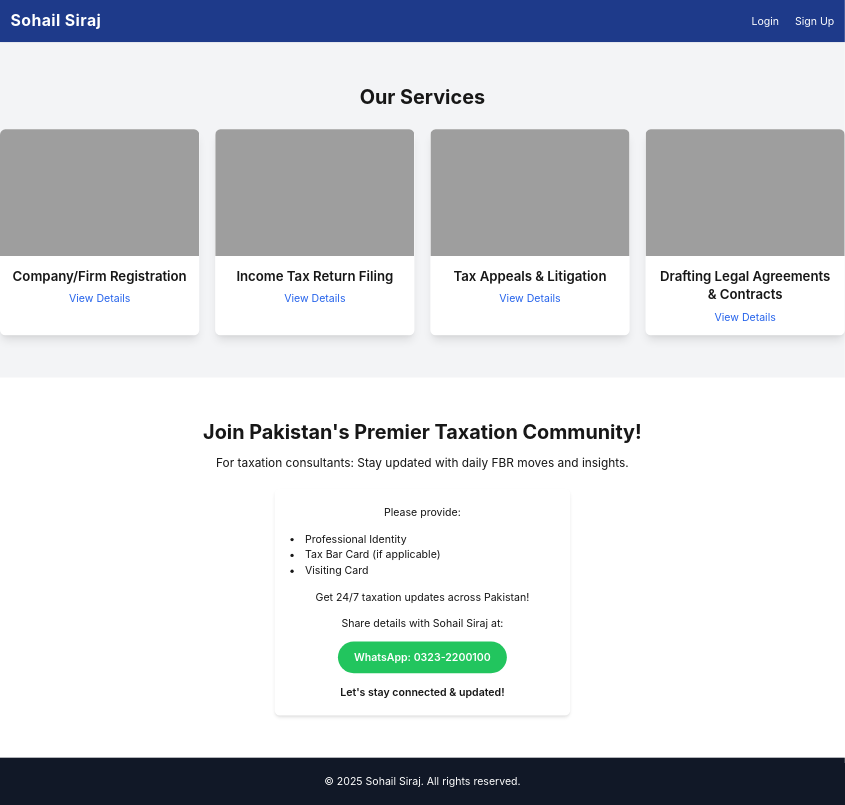
Repository: asadhaye/ss-tax
Page: /
These files come from the project's save history. The page is drawn as it stood at one moment and after the next save; the edit follows.
The browser window is 1280 px wide. The pictures show the whole page, at 66% of full size.
Pictures or frames that could not be fetched are drawn as grey boxes. The project was rebuilt for these pictures with package versions that can differ from the ones it lists, and the page was loaded fresh each time. The framework's server and built-in components were replaced by stand-ins that run in the browser. Also part of the build but not shown: next.config.mjs.

Above is the page before, as saved 2025-05-25 18:14:05.

### app/layout.tsx
import type { Metadata } from 'next';
import './globals.css';
import { Providers } from './providers'


export const metadata: Metadata = {
  title: 'Sohail Siraj',
  description: 'Professional tax consultancy services by Sohail Siraj, offering expert financial advice and solutions.',
};

export default function RootLayout({ children }: Readonly<{ children: React.ReactNode }>) {
  return (
    <html lang="en">
      <body>
        <Providers>
          {children}
        </Providers>
      </body>
    </html>
  )
}

### app/page.tsx
import Navbar from '../app/components/Navbar';
import Services from '../app/components/Services';
import JoinCommunity from '../app/components/JoinCommunity';
import Footer from '../app/components/Footer';
import AuthProvider from '../app/lib/AuthProvider';
export default function Home() {
  return (
    <AuthProvider>
      <Navbar />
      <Services />
      <JoinCommunity />
      <Footer />
    </AuthProvider>
  );
}

### app/globals.css
@tailwind base;
@tailwind components;
@tailwind utilities;

:root {
  --background: #ffffff;
  --foreground: #171717;
}

@media (prefers-color-scheme: dark) {
  :root {
    --background: #0a0a0a;
    --foreground: #ededed;
  }
}

body {
  background: var(--background);
  color: var(--foreground);
  font-family: -apple-system, BlinkMacSystemFont, 'Segoe UI', Roboto, sans-serif;
}

### app/providers.tsx
'use client';

import AuthProvider from './lib/AuthProvider';

export function Providers({ children }: Readonly<{ children: React.ReactNode }>) {
  return <AuthProvider>{children}</AuthProvider>;
}

### app/components/Navbar.tsx
'use client';

import React, { useContext } from 'react';
import Link from 'next/link';
import { useRouter } from 'next/navigation';
import { AuthContext, signOut } from '../lib/AuthProvider'

export default function Navbar() {
  const { user, setUser } = useContext(AuthContext)!;
  const router = useRouter();

  const handleLogout = async () => {
    await signOut();
    setUser(null);
    router.push('/login');
  };

  return (
    <nav className="bg-blue-900 text-white p-4 shadow-md">
      <div className="container mx-auto flex justify-between">
        <Link href="/" className="text-2xl font-bold tracking-wide">
          Sohail Siraj
        </Link>
        <div className="flex items-center space-x-6">
          {user ? (
            <>
              <Link href="/admin" className="hover:text-gray-300">
                Admin
              </Link>
              <button onClick={handleLogout} className="hover:text-gray-300">
                Logout
              </button>
            </>
          ) : (
            <>
              <Link href="/login" className="hover:text-gray-300">
                Login
              </Link>
              <Link href="/signup" className="hover:text-gray-300">
                Sign Up
              </Link>
            </>
          )}
        </div>
      </div>
    </nav>
  );
}

### app/components/Services.tsx
'use client';

import { useState, useEffect } from 'react';
import { getServices, Service } from '../lib/data';

export default function Services() {
  const [services, setServices] = useState<Service[]>([]);
  const [loading, setLoading] = useState(true);
  const [error, setError] = useState<string | null>(null);

  useEffect(() => {
    async function fetchServices() {
      try {
        const data = await getServices();
        setServices(data);
        setLoading(false);
      } catch (err) {
        const errorMessage = err instanceof Error ? err.message : 'Failed to load services';
        setError(errorMessage);
        setLoading(false);
        console.error('Error loading services:', err);
      }
    }

    fetchServices();
  }, []);

  if (loading) return <div>Loading services...</div>;
  if (error) return <div>Error: {error}</div>;

  return (
    <section id="services" className="py-16 bg-gray-100">
      <div className="container mx-auto text-center">
        <h2 className="text-3xl font-bold mb-8">Our Services</h2>
        <div className="grid grid-cols-1 sm:grid-cols-2 lg:grid-cols-4 gap-6">
          {services.map((service) => (
            <div key={service.id} className="bg-white shadow-lg rounded-lg overflow-hidden">
              <img
                src={service.img}
                alt={service.name}
                className="w-full h-48 object-cover"
                loading="lazy"
              />
              <div className="p-4">
                <h3 className="text-xl font-semibold mb-2">{service.name}</h3>
                <a href={service.link} className="text-blue-600 hover:underline">
                  View Details
                </a>
              </div>
            </div>
          ))}
        </div>
      </div>
    </section>
  );
}

### app/components/JoinCommunity.tsx
'use client';

import React from 'react';

export default function JoinCommunity() {

  return (
    <section id="community" className="py-16">
      <div className="container mx-auto text-center">
        <h2 className="text-3xl font-bold mb-4">Join Pakistan's Premier Taxation Community!</h2>
        <p className="text-lg mb-6">For taxation consultants: Stay updated with daily FBR moves and insights.</p>
        <div className="bg-white p-6 rounded-lg shadow-md max-w-md mx-auto">
          <p className="mb-4">Please provide:</p>
          <ul className="text-left list-disc list-inside mb-4">
            <li>Professional Identity</li>
            <li>Tax Bar Card (if applicable)</li>
            <li>Visiting Card</li>
          </ul>
          <p className="mb-4">Get 24/7 taxation updates across Pakistan!</p>
          <p className="mb-4">Share details with Sohail Siraj at:</p>
          <a
            href="https://wa.me/923232200100"
            className="bg-green-500 text-white px-6 py-3 rounded-full font-semibold hover:bg-green-600 inline-block"
          >
            WhatsApp: 0323-2200100
          </a>
          <p className="mt-4 font-semibold">Let's stay connected & updated!</p>
        </div>
      </div>
    </section>
  );
}

### app/components/Footer.tsx
import React from 'react';

export default function Footer() {
  return (
    <footer className="footer bg-gray-900 text-white p-6">
      <div className="container mx-auto text-center">
        <p>© {new Date().getFullYear()} Sohail Siraj. All rights reserved.</p>
      </div>
    </footer>
  );
}

### app/lib/AuthProvider.tsx
'use client';

import React, { useState, useEffect, createContext, useContext, useMemo } from 'react';
import { User } from './types';

interface AuthContextProps {
  user: User | null;
  setUser: React.Dispatch<React.SetStateAction<User | null>>;
}

const AuthContext = createContext<AuthContextProps | undefined>(undefined);

export const useAuth = () => {
  const context = useContext(AuthContext);
  if (!context) {
    throw new Error('useAuth must be used within an AuthProvider');
  }
  return context;
};

export async function signIn(email: string, password: string): Promise<{
  userId: string;
  email?: string;
  name?: string;
}> {
  // Placeholder: Implement Azure AD B2C or similar authentication
  throw new Error('Authentication not implemented');
}

export async function signUp(email: string, password: string): Promise<User> {
  // Placeholder: Implement Azure AD B2C or similar registration
  throw new Error('Registration not implemented');
}

export async function signOut(): Promise<void> {
  // Placeholder: Implement Azure AD B2C or similar sign-out
  throw new Error('Sign-out not implemented');
}

const AuthProvider: React.FC<{ children: React.ReactNode }> = ({ children }) => {
  const [user, setUser] = useState<User | null>(null);

  useEffect(() => {
    // Placeholder: Implement Azure AD B2C state change listener
    const unsubscribe = () => {};
    return unsubscribe;
  }, []);

  const value = useMemo(() => ({ user, setUser }), [user]);

  return (
    <AuthContext.Provider value={value}>
      {children}
    </AuthContext.Provider>
  );
};

export default AuthProvider;
export { AuthContext };

### app/lib/data.ts
import { User, Service } from './interfaces';

export async function saveUser(userId: string, data: { email: string; createdAt: Date }): Promise<void> {
  // Placeholder: Implement Azure Cosmos DB or similar storage
  throw new Error('User storage not implemented');
}

export async function getUsers(): Promise<User[]> {
  // Placeholder: Implement Azure Cosmos DB or similar retrieval
  throw new Error('User retrieval not implemented');
}

export async function deleteUser(userId: string): Promise<void> {
  // Placeholder: Implement Azure Cosmos DB or similar deletion
  throw new Error('User deletion not implemented');
}

export interface Service {
  id: string;
  name: string;
  img: string;
  link: string;
}


export async function getServices(): Promise<Service[]> {
  return [
    {
      id: '1',
      name: 'Company/Firm Registration',
      img: 'https://taxcalculator.pk/assets/images/services/1.webp',
      link: '#'
    },
    {
      id: '2',
      name: 'Income Tax Return Filing',
      img: 'https://taxcalculator.pk/assets/images/services/4.webp',
      link: '#'
    },
    {
      id: '3',
      name: 'Tax Appeals & Litigation',
      img: 'https://taxcalculator.pk/assets/images/services/3.webp',
      link: '#'
    },
    {
      id: '4',
      name: 'Drafting Legal Agreements & Contracts',
      img: 'https://taxcalculator.pk/assets/images/services/2.webp',
      link: '#'
    }
  ];
}

export async function saveCommunitySignup(email: string, timestamp: Date): Promise<void> {
  // Placeholder: Implement Azure Cosmos DB or similar storage
  throw new Error('Community signup storage not implemented');
}

### tailwind.config.ts
import type { Config } from 'tailwindcss'

const config: Config = {
  content: [
    './pages/**/*.{js,ts,jsx,tsx,mdx}',
    './components/**/*.{js,ts,jsx,tsx,mdx}',
    './app/**/*.{js,ts,jsx,tsx,mdx}',
  ],
  theme: {
    extend: {},
  },
  plugins: [],
}

export default config

### app/components/Articles.tsx
'use client';

import { useState } from 'react';
import { Article } from '../lib/types';

export default function Articles() {
  const [articles] = useState<Article[]>([
    {
      id: 1,
      title: "New FBR Tax Law Updates",
      content: "Overview of recent FBR changes...",
      date: "2025-05-20"
    },
    {
      id: 2,
      title: "Sohail Siraj's Tax Insights",
      content: "Expert views on tax strategies...",
      date: "2025-05-15"
    }
  ]);

  return (
    <section id="articles" className="py-16">
      <div className="container mx-auto">
        <h2 className="text-3xl font-bold text-center mb-8">Latest Articles & Blogs</h2>
        <div className="space-y-6">
          {articles.map(article => (
            <div key={article.id} className="bg-white p-6 rounded-lg shadow-md">
              <h3 className="text-xl font-semibold">{article.title}</h3>
              <p className="text-gray-600">{article.date}</p>
              <p className="mt-2">{article.content}</p>
              <a href="#" className="text-blue-600 hover:underline">Read More</a>
            </div>
          ))}
        </div>
      </div>
    </section>
  );
}

### app/components/TaxCalculators.tsx
'use client';

export default function TaxCalculators() {
  const calculators = [
    {
      id: '1',
      title: 'Income Tax Calculator',
      description: 'Calculate your income tax based on FBR rates.',
      buttonText: 'Try Now'
    },
    {
      id: '2',
      title: 'Sales Tax Calculator',
      description: 'Estimate sales tax for your business.',
      buttonText: 'Try Now'
    }
  ];

  return (
    <section id="calculators" className="py-16 bg-gray-100">
      <div className="container mx-auto text-center">
        <h2 className="text-3xl font-bold mb-8">Tax Calculators</h2>
        <div className="grid grid-cols-1 sm:grid-cols-2 gap-6">
          {calculators.map(calc => (
            <div key={calc.id} className="bg-white p-6 rounded-lg shadow-md">
              <h3 className="text-xl font-semibold mb-2">{calc.title}</h3>
              <p>{calc.description}</p>
              <button className="mt-4 bg-blue-600 text-white px-4 py-2 rounded hover:bg-blue-700">
                {calc.buttonText}
              </button>
            </div>
          ))}
        </div>
      </div>
    </section>
  );
}

After the next save:
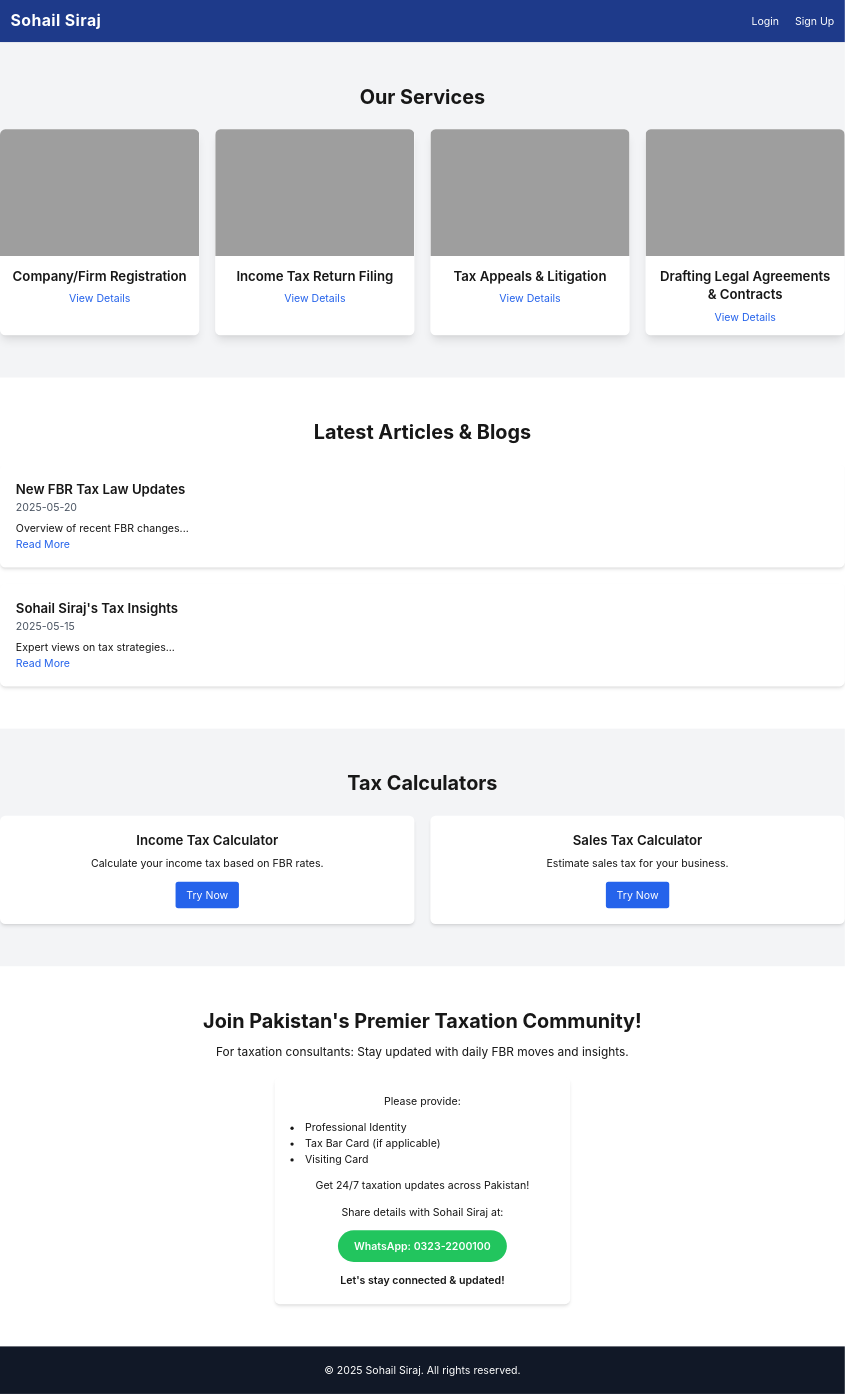
Saved 11 s later.
--- a/app/page.tsx
+++ b/app/page.tsx
@@ -1,5 +1,7 @@
 import Navbar from '../app/components/Navbar';
 import Services from '../app/components/Services';
+import Articles from '../app/components/Articles';
+import TaxCalculators from '../app/components/TaxCalculators';
 import JoinCommunity from '../app/components/JoinCommunity';
 import Footer from '../app/components/Footer';
 import AuthProvider from '../app/lib/AuthProvider';
@@ -7,8 +9,12 @@
   return (
     <AuthProvider>
       <Navbar />
-      <Services />
-      <JoinCommunity />
+      <main>
+        <Services />
+        <Articles />
+        <TaxCalculators />
+        <JoinCommunity />
+      </main>
       <Footer />
     </AuthProvider>
   );
